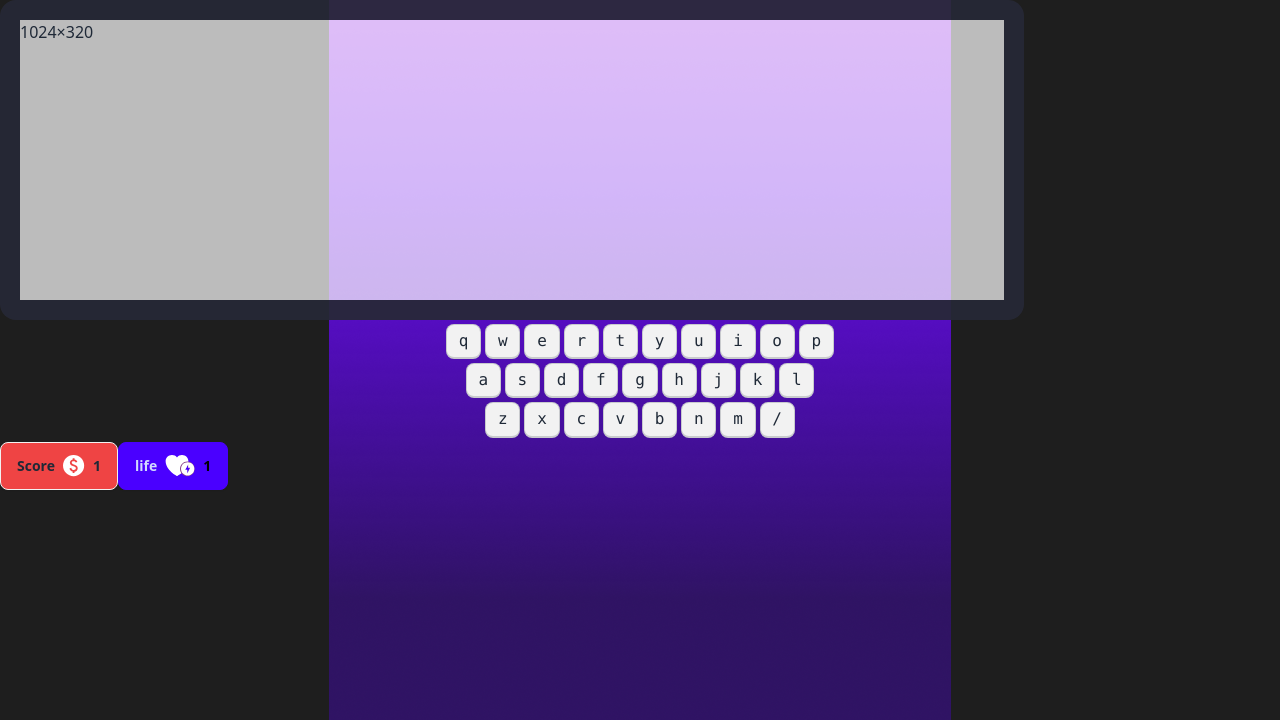
Repository: RudrasahaDibos/Alphabet-clash-
Page: index.html
An editor plug-in stored every save of this project. The page is shown before and after a run of saves, followed by the edit.
The browser window is 1280 px wide. The pictures show the whole page.
Some web fonts or font styles are not loaded; a fallback is used. Some web libraries are served in a nearby version.

Above is the page before, as saved 2024-11-04 12:22:26.

### index.html
<!DOCTYPE html>
<html lang="en">
    <head>
        <meta charset="UTF-8">
        <meta name="viewport" content="width=device-width, initial-scale=1.0">
        <title>Alphabet Clash</title>
        <!-- daisy apa -->
        <link
            href="https://cdn.jsdelivr.net/npm/daisyui@4.12.14/dist/full.min.css"
            rel="stylesheet" type="text/css" />
        <script src="https://cdn.tailwindcss.com"></script>

        <!-- custom css  -->
        <link rel="stylesheet" href="style.css">

    </head>
    <body>
        <main
            class="bg-[#1E1E1E] min-h-screen bg-[url(images/background.png)] bg-no-repeat bg-center ">
            <!-- home screen  start here -->
            <section class="min-h-screen flex justify-center items-center hidden">
                <div class="flex flex-col justify-center items-center gap-10 ">
                    <h1
                        class="text-white text-8xl font-extrabold anton-sc-regular uppercase ">ALPHABET
                        CLASH</h1>
                    <p class="text-white ">Unleash Your Keyboard Kung Fu : Press
                        “Enter” to Play</p>
                    <button class="btn bg-white text-black">Play Now </button>
                </div>
            </section>
            <!-- home screen end here -->
            <!-- midlle screen start here -->
            <section>
                    <!-- display screen start here -->
                    <div class="artboard artboard-horizontal phone-6 border-[20px] border-[#010313CC] bg-[#FFFFFFB3] rounded-2xl">
                        1024×320
                    </div>
                     <!-- dispaly screen end here -->

                     <!-- keyboard start here  -->
                               <div>
                                <div class="my-1 flex w-full justify-center gap-1">
                                    <kbd class="kbd">q</kbd>
                                    <kbd class="kbd">w</kbd>
                                    <kbd class="kbd">e</kbd>
                                    <kbd class="kbd">r</kbd>
                                    <kbd class="kbd">t</kbd>
                                    <kbd class="kbd">y</kbd>
                                    <kbd class="kbd">u</kbd>
                                    <kbd class="kbd">i</kbd>
                                    <kbd class="kbd">o</kbd>
                                    <kbd class="kbd">p</kbd>
                                  </div>
                                  <div class="my-1 flex w-full justify-center gap-1">
                                    <kbd class="kbd">a</kbd>
                                    <kbd class="kbd">s</kbd>
                                    <kbd class="kbd">d</kbd>
                                    <kbd class="kbd">f</kbd>
                                    <kbd class="kbd">g</kbd>
                                    <kbd class="kbd">h</kbd>
                                    <kbd class="kbd">j</kbd>
                                    <kbd class="kbd">k</kbd>
                                    <kbd class="kbd">l</kbd>
                                  </div>
                                  <div class="my-1 flex w-full justify-center gap-1">
                                    <kbd class="kbd">z</kbd>
                                    <kbd class="kbd">x</kbd>
                                    <kbd class="kbd">c</kbd>
                                    <kbd class="kbd">v</kbd>
                                    <kbd class="kbd">b</kbd>
                                    <kbd class="kbd">n</kbd>
                                    <kbd class="kbd">m</kbd>
                                    <kbd class="kbd">/</kbd>
                                  </div>
                               </div>
                      <!-- keyboard end here -->

                      <!-- life and scrore button here -->
                               <div class="flex ">
                                <button class="btn bg-red-500">
                                    Score
                                      <img src="images/love.svg" alt="">
                                      <span>1</span>
                                  </button>

                                  <button class="btn btn-primary">
                                     life
                                    <img src="images/dolar.svg" alt="">
                                    <span class="text-black">1</span>
                                  </button>
                               </div>
                      <!-- life and scrore button end here -->
            </section>
            <!-- midlle screen end here -->
             <!-- last screen start here -->
            <section>

            </section>
            <!-- last screen end here -->
        </main>
    </body>
</html>

### style.css


@import url('https://fonts.googleapis.com/css2?family=Anton+SC&family=Manrope:wght@200..800&display=swap');


.font-manrope {
    font-family: "Manrope", serif;
  }

  .anton-sc-regular {
    font-family: "Anton SC", sans-serif;
  }

After the next 2 saves:
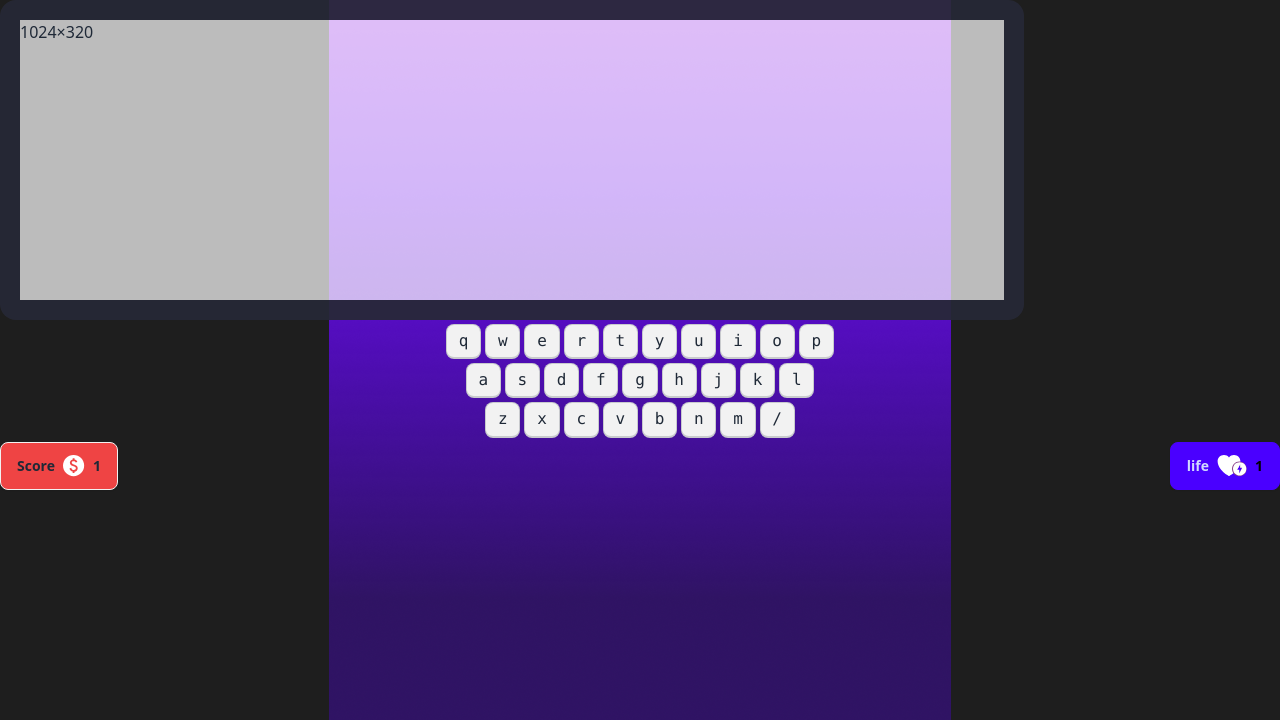
The 2 saves are shown as one change because they came seconds apart.
The last was saved 6 s later.
--- a/index.html
+++ b/index.html
@@ -76,7 +76,7 @@
                       <!-- keyboard end here -->
 
                       <!-- life and scrore button here -->
-                               <div class="flex ">
+                               <div class="flex justify-between">
                                 <button class="btn bg-red-500">
                                     Score
                                       <img src="images/love.svg" alt="">
